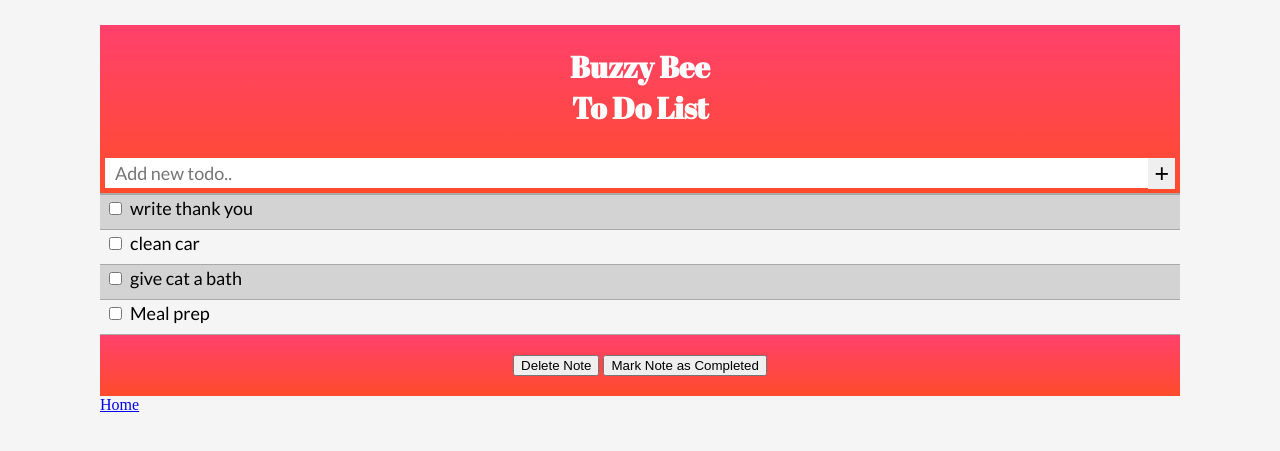
Repository: seleniadelgado/backend-spring2020-angie
Page: projects/todo/public_html/index.html
An editor plug-in stored every save of this project. The page is shown before and after the next save, followed by the edit.
The browser window is 1280 px wide. The pictures show the whole page.
The page's requests for data from a server got no answer.

Above is the page before, as saved 2020-05-13 16:38:56.

After the next save:
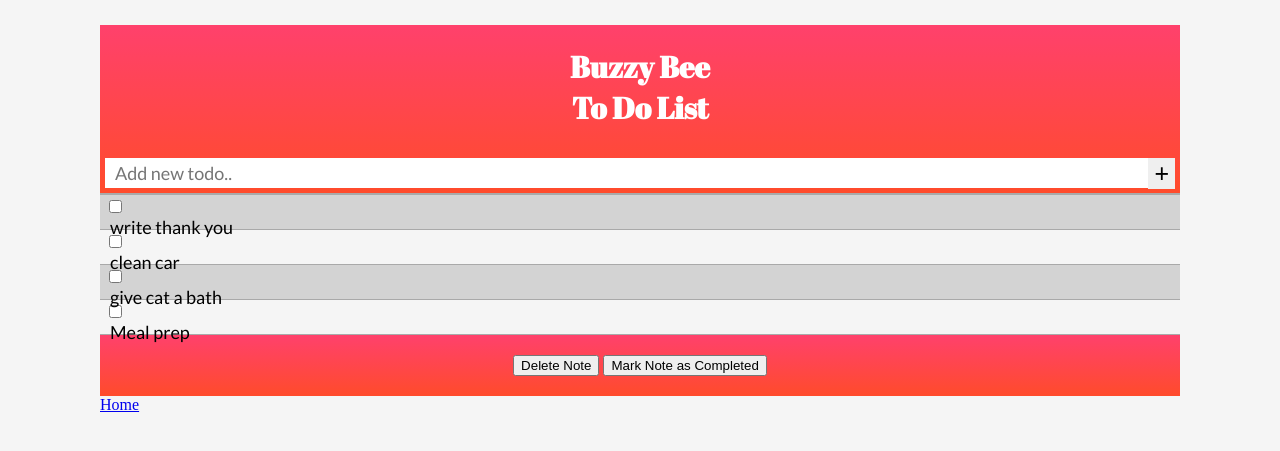
Saved 20 s later.
--- a/projects/todo/public_html/styles.css
+++ b/projects/todo/public_html/styles.css
@@ -82,7 +82,7 @@
     margin: auto;
     padding-top: 2px;
 }
-.container {
+.container input {
     display: block;
     cursor: pointer;
     user-select: none;

After the save that followed:
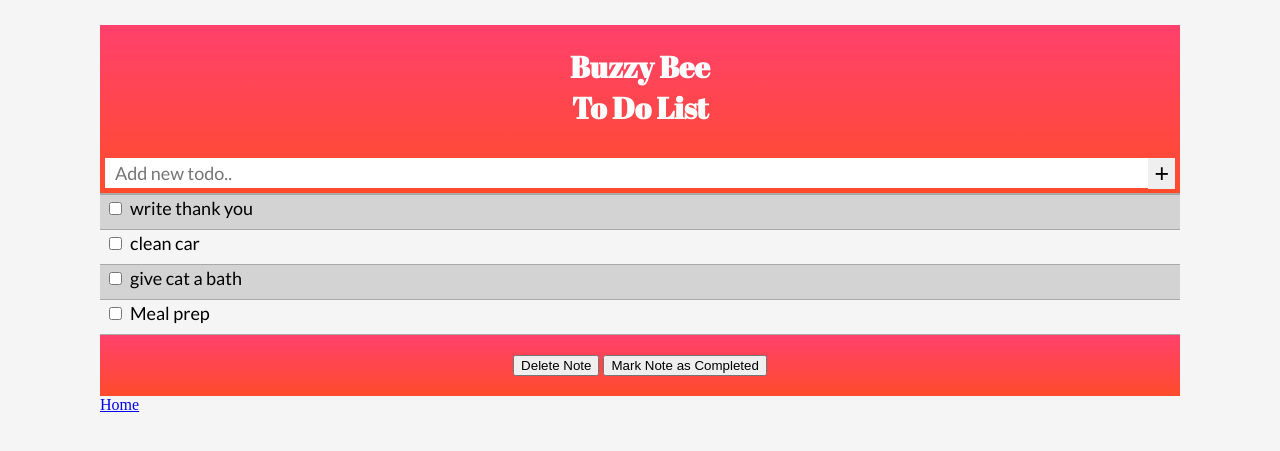
Saved 9 s later.
--- a/projects/todo/public_html/styles.css
+++ b/projects/todo/public_html/styles.css
@@ -83,7 +83,6 @@
     padding-top: 2px;
 }
 .container input {
-    display: block;
     cursor: pointer;
     user-select: none;
 }
